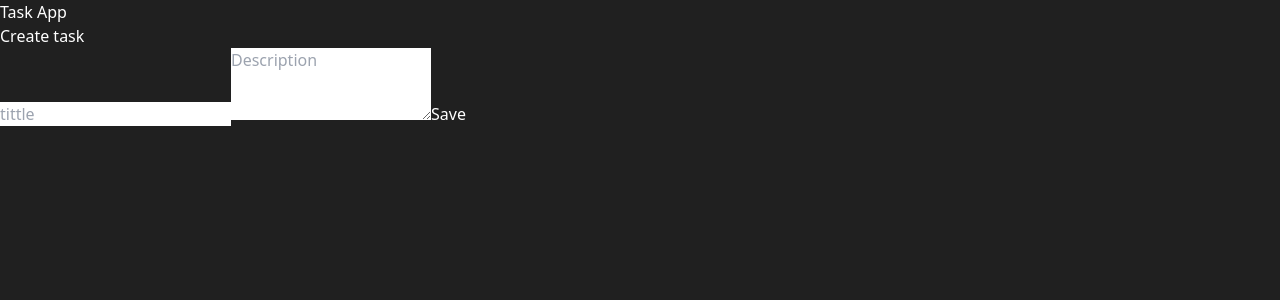
Repository: ChemsJam/django_react_api_crud
Page: /tasks-create (app in Client/)
The author's editor kept a copy of each file at every save. The page is drawn from the files as they stood at one save, then again after the next save.
The browser window is 1280 px wide. The pictures show the whole page.
The project was rebuilt for these pictures with package versions that can differ from the ones it lists, and the page was loaded fresh each time. Also part of the build but not shown: Client/vite.config.js, Client/src/components/TaskCard.jsx, Client/src/components/TaksList.jsx, Client/src/pages/TasksPage.jsx.

Above is the page before, as saved 2024-07-03 21:50:59.

After the next save:
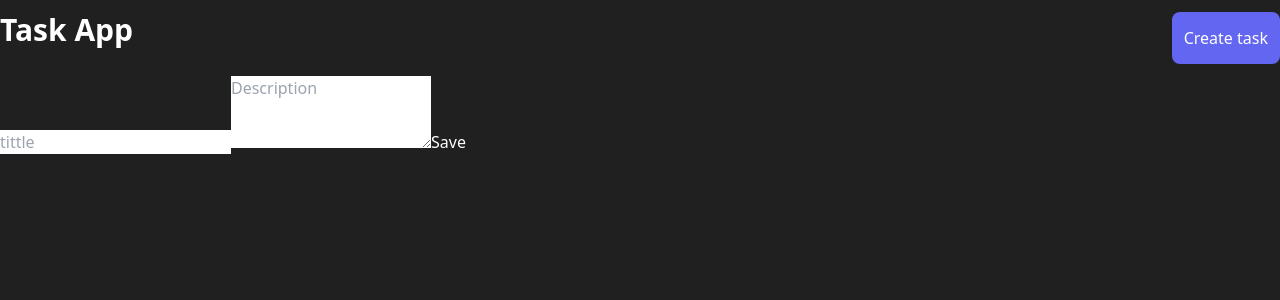
Saved 2 min 17 s later.
--- a/Client/src/components/Navigation.jsx
+++ b/Client/src/components/Navigation.jsx
@@ -2,18 +2,17 @@ import { Link } from "react-router-dom"
 
 export function Navigation() {
   return (
-    <div>
-        <Link to="/tasks">
-        <h1>
-            Task App
+    <div className="flex justify-between py-3">
+      <Link to="/tasks">
+        <h1 className="font-bold text-3xl mb-4">
+          Task App
         </h1>
+      </Link>
+      <button className="bg-indigo-500 px-3 py-2 rounded-lg">
+        <Link to="/tasks-create">
+          Create task
         </Link>
-
-        <Link to="/tasks-create">
-        <h1>
-            Create task
-        </h1>
-        </Link>
+      </button>
     </div>
   )
 }
